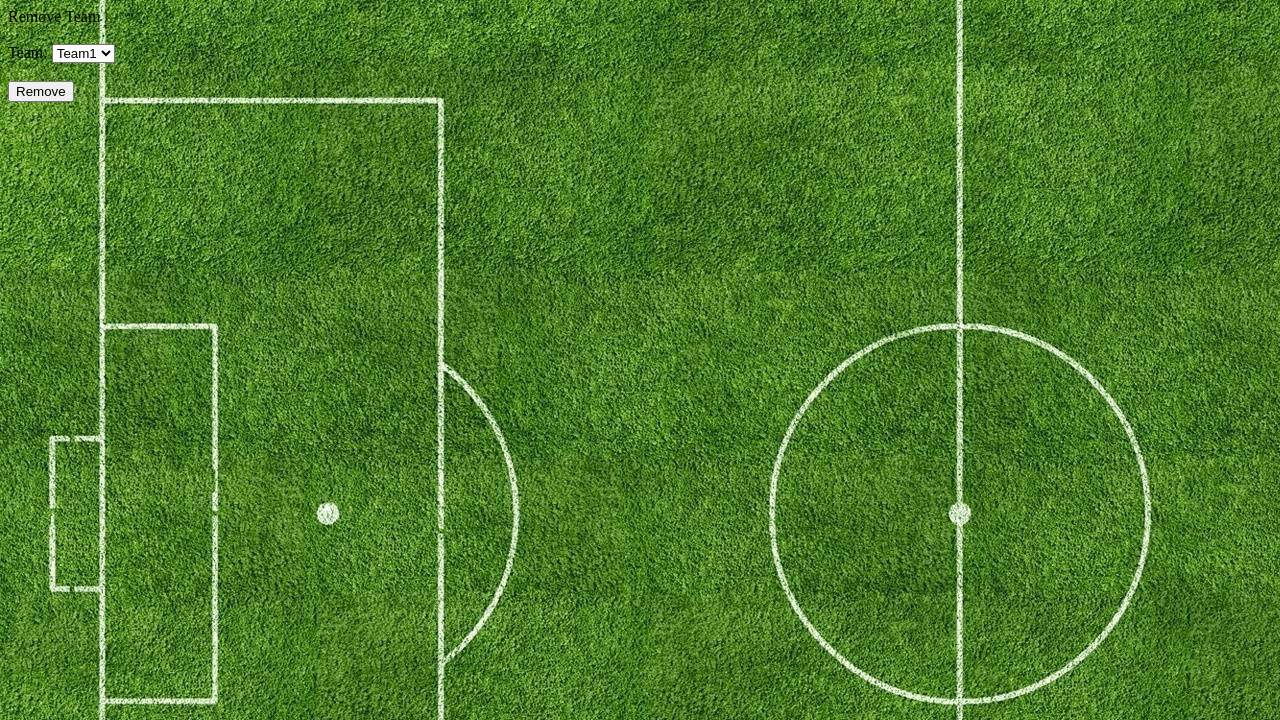
Repository: FredGlozman/SwiftScore
Page: SwiftScore/RemoveTeam.html
These files come from the project's save history. The page is drawn as it stood at one moment and after the next save; the edit follows.
The browser window is 1280 px wide. The pictures show the whole page.

Above is the page before, as saved 2015-12-03 12:46:36.

After the next save:
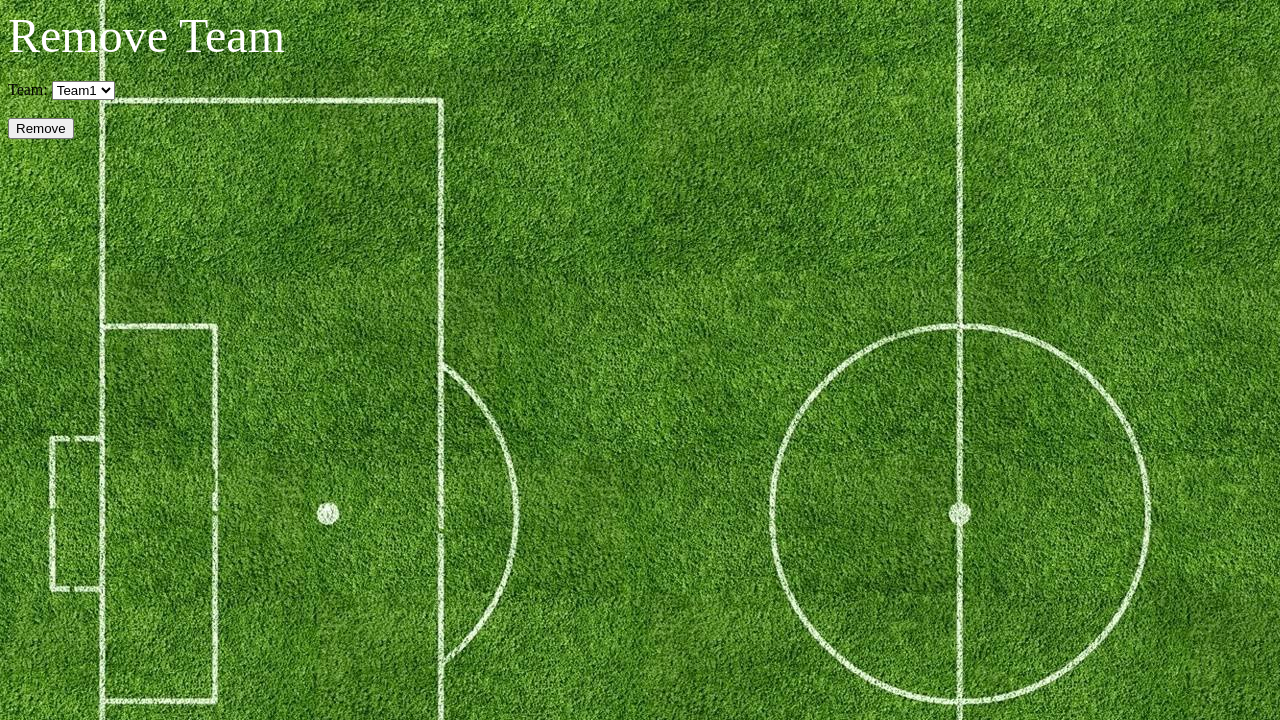
Saved 11 s later.
--- a/SwiftScore/RemoveTeam.html
+++ b/SwiftScore/RemoveTeam.html
@@ -4,7 +4,7 @@
 </head>
 <body background="soccer.jpg">
 <form action="RemoveTeam.php" method="post">
-Remove Team
+<font color="white" size = 30x >Remove Team</font>
 <br><br>
 Team: <!-- implement get teams -->
 <select>
